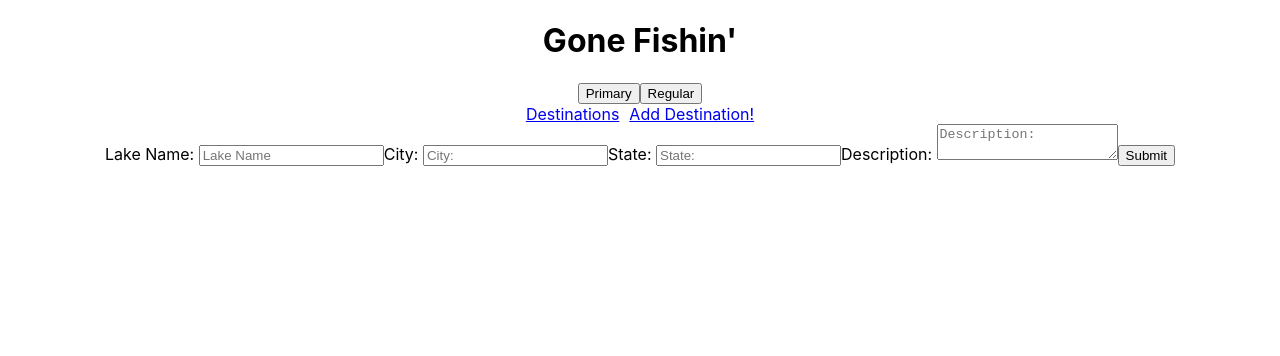
Repository: randysteele/gonefishin-frontend
Page: /destinations/new (app in gone-fishin-frontend/)
The author's editor kept a copy of each file at every save. The page is drawn from the files as they stood at one save, then again after the next save.
The browser window is 1280 px wide. The pictures show the whole page.
The page's requests for data from a server got no answer. The project was rebuilt for these pictures with package versions that can differ from the ones it lists, and the page was loaded fresh each time. No one was signed in, and anything a server would have sent is missing. Also part of the build but not shown: gone-fishin-frontend/src/components/DestinationsList.js, gone-fishin-frontend/src/actions/addFeature.js, gone-fishin-frontend/src/components/FeaturesInput.js, gone-fishin-frontend/src/actions/deleteFeature.js, gone-fishin-frontend/src/components/FeaturesList.js, gone-fishin-frontend/src/containers/FeaturesContainer.js, gone-fishin-frontend/src/actions/editDestination.js, gone-fishin-frontend/src/components/DestinationEdit.js and 5 more.

Above is the page before, as saved 2020-08-09 15:01:09.

After the next save:
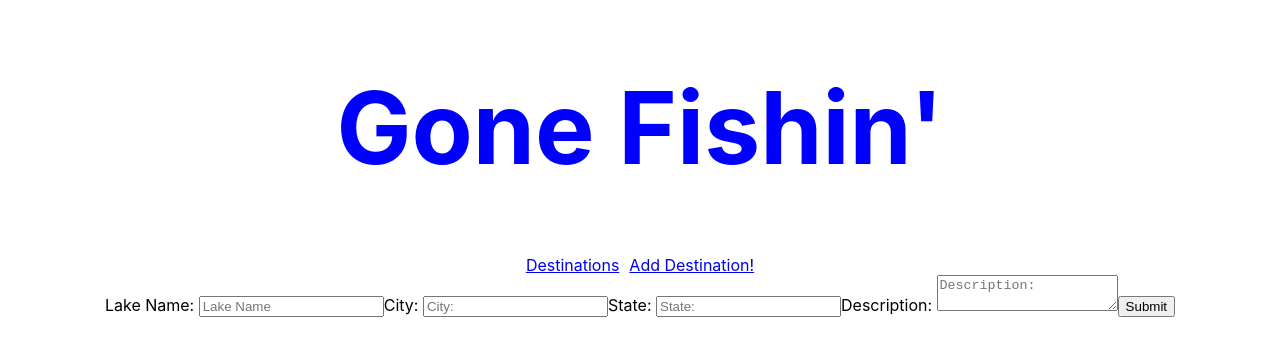
Saved 49 s later.
--- a/gone-fishin-frontend/src/App.js
+++ b/gone-fishin-frontend/src/App.js
@@ -27,9 +27,7 @@ class App extends React.Component {
   render(){
     return(
       <div className="App" >
-        <Title>Gone Fishin'</Title>
-        <Button primary>Primary</Button>
-        <Button>Regular</Button>
+      <Title>Gone Fishin'</Title>
       <DestinationsContainer />
       </div>
     )
